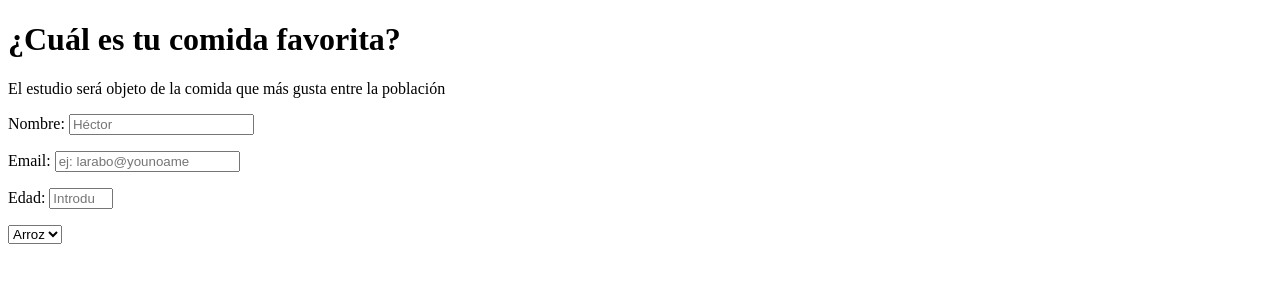
Repository: Fidesone/Form
Page: form/Index.html
The author's editor kept a copy of each file at every save. The page is drawn from the files as they stood at one save, then again after the next save.
The browser window is 1280 px wide. The pictures show the whole page.

Above is the page before, as saved 2020-09-23 10:18:27.

### form/Index.html
<!DOCTYPE html>
<html>
<head>
<meta charset="ISO-8859-1">
<title>Formulario</title>
</head>
<body>
<h1 id="title">¿Cuál es tu comida favorita?</h1>
<p id="desciption">El estudio será objeto de la comida que más gusta entre la población</p>
<form id="survey-form">
	<p id="name">Nombre: <input type="text" placeholder="Héctor" id="name-label"></p>
	<p id="email">Email: <input type="email" placeholder="ej: larabo@younoame" id="email-label"></p>
	<p id="number">Edad: <input type="number" placeholder="Introduce tu edad" id="number-label" required pattern=[0-9] min="0" max="100"></p>
	<select id="dropdown">
		<option value="Arroz">Arroz</option>

	</select>
</form>
</body>
</html>

After the next save:
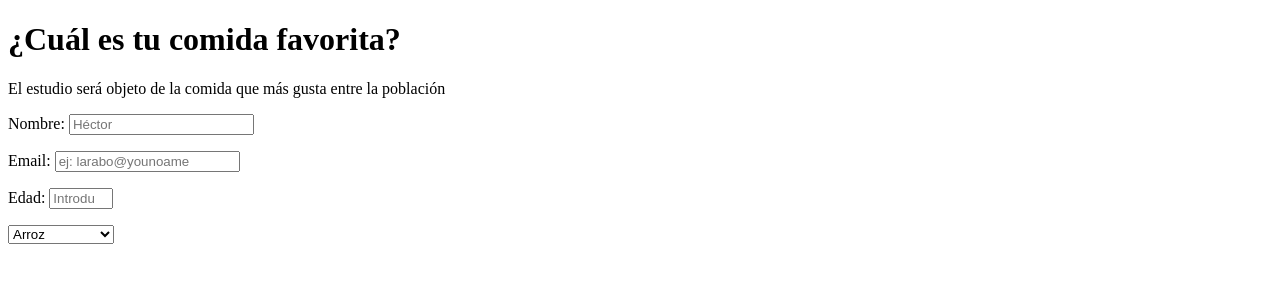
Saved 119 s later.
--- a/form/Index.html
+++ b/form/Index.html
@@ -12,8 +12,11 @@
 	<p id="email">Email: <input type="email" placeholder="ej: larabo@younoame" id="email-label"></p>
 	<p id="number">Edad: <input type="number" placeholder="Introduce tu edad" id="number-label" required pattern=[0-9] min="0" max="100"></p>
 	<select id="dropdown">
-		<option value="Arroz">Arroz</option>
-
+		<option value="arroz">Arroz</option>
+		<option value="pasta">Pasta</option>
+		<option value="paella">Paella</option>
+		<option value="pizza">Pizza</option>
+		<option value="hamburguesa">Hamburguesa</option>
 	</select>
 </form>
 </body>
